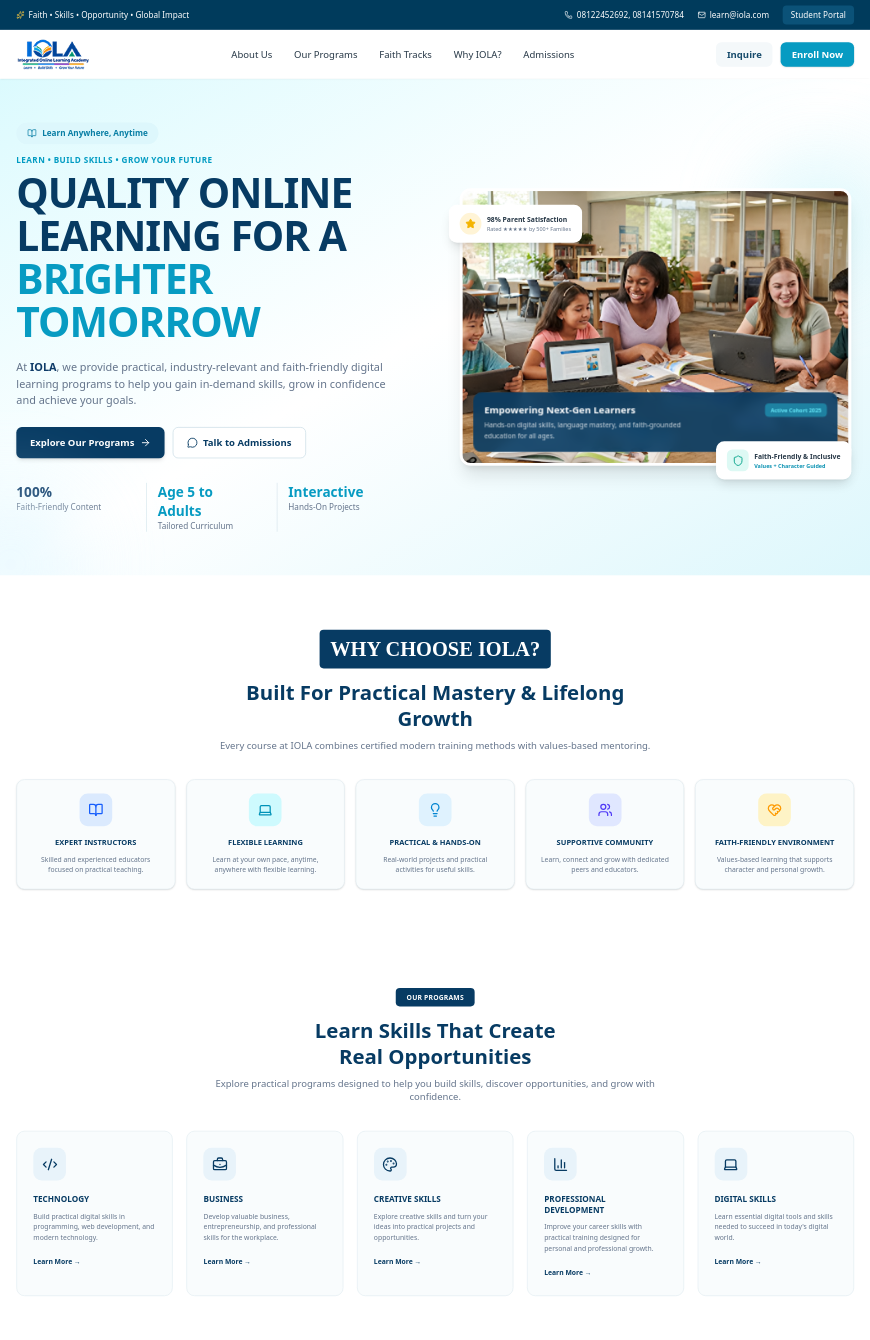
Repository: segunrotini/iola
Page: /
The author's editor kept a copy of each file at every save. The page is drawn from the files as they stood at one save, then again after the next save.
The browser window is 1280 px wide. The pictures show the whole page, at 68% of full size.
The project was rebuilt for these pictures with package versions that can differ from the ones it lists, and the page was loaded fresh each time. Also part of the build but not shown: vite.config.ts.

Above is the page before, as saved 2026-09-29 15:21:24.

### index.html
<!doctype html>
<html lang="en">
  <head>
    <meta charset="UTF-8" />
    <link rel="icon" type="image/svg+xml" href="/favicon.svg" />
    <meta name="viewport" content="width=device-width, initial-scale=1.0" />
    <title>integrated-online-learning-academy</title>
  </head>
  <body>
    <div id="root"></div>
    <script type="module" src="/src/main.tsx"></script>
  </body>
</html>

### src/index.css
@import "tailwindcss";
@import url('https://fonts.googleapis.com/css2?family=Inter:wght@400;500;600;700;800&family=Montserrat:wght@400;500;600;700;800&display=swap');

### src/App.tsx


import Homepage from "./components/pages/public/Hompage";
function App() {
  return (
    <Homepage />
  )
}

export default App

### src/components/pages/public/Hompage.tsx
import Topbar from "../../home/topbar"
import Nav from "../../home/Nav"
import HeroSection from "../../home/Hero-section"
import WhyChooseUs from "../../home/WhyChooseUs"
import Programs from "../../home/Programs"
function Homepage() {
  return (
    <>


      <Topbar/>
      <Nav/>
      <HeroSection/>
      <WhyChooseUs/>
      <Programs/>
    </>
  )
}
export default Homepage

### src/components/home/topbar.tsx
import { Mail, Phone, Sparkles } from "lucide-react";

const TopBar = () => {
  return (
    <div className="bg-[#003B5C] text-white">
      <div className="mx-auto flex max-w-7xl flex-col gap-2 px-4 py-2 text-[10px] sm:flex-row sm:items-center sm:justify-between sm:px-6 sm:text-xs">
        <div className="flex items-center gap-1.5">
          <Sparkles size={12} className="text-[#F4C542]" />
          <span>Faith • Skills • Opportunity • Global Impact</span>
        </div>

        <div className="flex flex-col items-start gap-2 sm:flex-row sm:items-center sm:gap-5">
          <a
            href="tel:+2348122452692"
            className="flex items-center gap-1.5 transition hover:text-[#5DE1E6]"
          >
            <Phone size={12} />
            <span>08122452692, 08141570784</span>
          </a>

          <a
            href="mailto:learn@iola.com"
            className="flex items-center gap-1.5 transition hover:text-[#5DE1E6]"
          >
            <Mail size={12} />
            <span>learn@iola.com</span>
          </a>

          <a
            href="#student-portal"
            className="rounded-md bg-[#0B5278] px-3 py-1.5 font-medium transition hover:bg-[#08658F]"
          >
            Student Portal
          </a>
        </div>
      </div>
    </div>
  );
};

export default TopBar;

### src/components/home/Nav.tsx
import { Menu, X } from "lucide-react";
import { useState } from "react";
import logo from "../../assets/logo.png";

const Navbar = () => {
  const [isOpen, setIsOpen] = useState(false);

  return (
    <nav className="relative bg-white shadow-sm">
      <div className="mx-auto flex max-w-7xl items-center justify-between px-4 py-3 sm:px-6">
        <a href="/" className="flex items-center">
          <img

            src={logo}
            alt="logo"
            className="h-12 w-auto object-contain"
          />
        </a>

        <div className="hidden items-center gap-8 lg:flex">
          <a
            href="#about"
            className="text-sm font-medium text-[#263746] transition hover:text-[#008DB2]"
          >
            About Us
          </a>

          <a
            href="#programs"
            className="text-sm font-medium text-[#263746] transition hover:text-[#008DB2]"
          >
            Our Programs
          </a>

          <a
            href="#faith-tracks"
            className="text-sm font-medium text-[#263746] transition hover:text-[#008DB2]"
          >
            Faith Tracks
          </a>

          <a
            href="#why-iola"
            className="text-sm font-medium text-[#263746] transition hover:text-[#008DB2]"
          >
            Why IOLA?
          </a>

          <a
            href="#admissions"
            className="text-sm font-medium text-[#263746] transition hover:text-[#008DB2]"
          >
            Admissions
          </a>
        </div>

        <div className="hidden items-center gap-3 lg:flex">
          <a
            href="#inquire"
            className="rounded-lg bg-[#F4F8FA] px-4 py-2 text-sm font-semibold text-[#164A6B] transition hover:bg-[#E8F1F5]"
          >
            Inquire
          </a>

          <a
            href="#enroll"
            className="rounded-lg bg-[#079BC2] px-4 py-2 text-sm font-semibold text-white shadow-sm transition hover:bg-[#0789AB]"
          >
            Enroll Now
          </a>
        </div>

        <button
          type="button"
          onClick={() => setIsOpen(!isOpen)}
          className="rounded-lg p-2 text-[#003B5C] lg:hidden"
          aria-label="Toggle navigation"
        >
          {isOpen ? <X size={24} /> : <Menu size={24} />}
        </button>
      </div>

      {isOpen && (
        <div className="border-t border-gray-100 bg-white px-4 pb-5 pt-3 lg:hidden">
          <div className="flex flex-col gap-1">
            <a
              href="#about"
              onClick={() => setIsOpen(false)}
              className="rounded-lg px-3 py-3 text-sm font-medium text-[#263746] hover:bg-[#F4F8FA]"
            >
              About Us
            </a>

            <a
              href="#programs"
              onClick={() => setIsOpen(false)}
              className="rounded-lg px-3 py-3 text-sm font-medium text-[#263746] hover:bg-[#F4F8FA]"
            >
              Our Programs
            </a>

            <a
              href="#faith-tracks"
              onClick={() => setIsOpen(false)}
              className="rounded-lg px-3 py-3 text-sm font-medium text-[#263746] hover:bg-[#F4F8FA]"
            >
              Faith Tracks
            </a>

            <a
              href="#why-iola"
              onClick={() => setIsOpen(false)}
              className="rounded-lg px-3 py-3 text-sm font-medium text-[#263746] hover:bg-[#F4F8FA]"
            >
              Why IOLA?
            </a>

            <a
              href="#admissions"
              onClick={() => setIsOpen(false)}
              className="rounded-lg px-3 py-3 text-sm font-medium text-[#263746] hover:bg-[#F4F8FA]"
            >
              Admissions
            </a>

            <div className="mt-2 flex gap-3 border-t border-gray-100 pt-4">
              <a
                href="#inquire"
                className="flex-1 rounded-lg bg-[#F4F8FA] px-4 py-2.5 text-center text-sm font-semibold text-[#164A6B]"
              >
                Inquire
              </a>

              <a
                href="#enroll"
                className="flex-1 rounded-lg bg-[#079BC2] px-4 py-2.5 text-center text-sm font-semibold text-white"
              >
                Enroll Now
              </a>
            </div>
          </div>
        </div>
      )}
    </nav>
  );
};

export default Navbar;

### src/components/home/Hero-section.tsx
import {
    ArrowRight,
    BookOpen,
    Shield,
    MessageCircle,
    Star,
} from "lucide-react";
import student from "../../assets/student.png";

const Hero = () => {
    return (
        <section className="relative overflow-hidden bg-gradient-to-br from-[#A5F3FC66] via-white to-[#DDF7FC]">
            <div className="mx-auto max-w-7xl px-4 py-12 sm:px-6 lg:py-16">
                <div className="grid items-center gap-10 lg:grid-cols-2 lg:gap-16">
                    <div>
                        <div className="mb-4 inline-flex items-center gap-2 rounded-full bg-[#DDF7FC] px-4 py-2 text-xs font-semibold text-[#087EA4]">
                            <BookOpen size={14} />
                            Learn Anywhere, Anytime
                        </div>

                        <p className="mb-2 text-xs font-bold uppercase tracking-wider text-[#009BC2]">
                            Learn • Build Skills • Grow Your Future
                        </p>

                        <h1 className="max-w-2xl text-4xl font-extrabold leading-[1.05] tracking-tight text-[#073B63] sm:text-5xl lg:text-6xl">
                            QUALITY ONLINE
                            <br />
                            LEARNING FOR A
                            <br />
                            <span className="text-[#079BC2]">BRIGHTER</span>
                            <br />
                            <span className="text-[#079BC2]">TOMORROW</span>
                        </h1>

                        <p className="mt-6 max-w-xl text-sm leading-6 text-[#64748B] sm:text-base">
                            At <span className="font-bold text-[#0E3B68]">IOLA</span>, we provide practical, industry-relevant and
                            faith-friendly digital learning programs to help you gain
                            in-demand skills, grow in confidence and achieve your goals.
                        </p>

                        <div className="mt-7 flex flex-wrap gap-3">
                            <a
                                href="#programs"
                                className="inline-flex items-center gap-2 rounded-lg bg-[#073B63] px-5 py-3 text-sm font-semibold text-white shadow-md transition hover:bg-[#052E4E]"
                            >
                                Explore Our Programs
                                <ArrowRight size={16} />
                            </a>

                            <a
                                href="#admissions"
                                className="inline-flex items-center gap-2 rounded-lg border border-[#C9DCE5] bg-white px-5 py-3 text-sm font-semibold text-[#073B63] transition hover:bg-[#F5FAFC]"
                            >
                                <MessageCircle size={16} />
                                Talk to Admissions
                            </a>
                        </div>

                        <div className="mt-9 grid max-w-xl grid-cols-3 divide-x divide-[#D8E7ED]">
                            <div className="pr-4">
                                <p className="text-xl font-extrabold text-[#0E3B68]">100%</p>
                                <p className="text-[10px] font-medium text-[#64748B] sm:text-xs">
                                    Faith-Friendly Content
                                </p>
                            </div>

                            <div className="px-4">
                                <p className="text-xl font-extrabold text-[#079BC2]">
                                    Age 5 to <br />
                                    Adults
                                </p>
                                <p className="text-[10px] font-medium text-[#64748B] sm:text-xs">
                                    Tailored Curriculum
                                </p>
                            </div>

                            <div className="pl-4">
                                <p className="text-xl font-extrabold text-[#079BC2]">
                                    Interactive
                                </p>
                                <p className="text-[10px] font-medium text-[#64748B] sm:text-xs">
                                    Hands-On Projects
                                </p>
                            </div>
                        </div>
                    </div>

                    <div className="relative mx-auto w-full max-w-xl">
                        <div className="absolute -right-8 -top-8 h-40 w-40 rounded-full bg-[#BDF3FA] opacity-60 blur-3xl" />

                        <div className="relative">
                            <div className="absolute -left-4 top-6 z-10 rounded-xl bg-white px-4 py-3 shadow-lg">
                                <div className="flex items-center gap-2">
                                    <div className="flex h-8 w-8 items-center justify-center rounded-full bg-[#FFF4D6]">
                                        <Star size={16} className="fill-[#F4B400] text-[#F4B400]" />
                                    </div>

                                    <div>
                                        <p className="text-[10px] font-bold text-[#263746]">
                                            98% Parent Satisfaction
                                        </p>
                                        <p className="text-[8px] text-[#64748B]">
                                            Rated ★★★★★ by 500+ Families
                                        </p>
                                    </div>
                                </div>
                            </div>

                            <div className="overflow-hidden rounded-2xl border-4 border-white bg-white shadow-xl">
                                <img
                                    src={student}
                                    alt="student"
                                    className="h-[330px] w-full object-cover sm:h-[400px]"
                                />

                                <div className="absolute bottom-5 left-5 right-5 rounded-xl bg-[#073B63]/90 p-4 text-white backdrop-blur-sm">
                                    <div className="flex items-start justify-between gap-4">
                                        <div>
                                            <p className="text-sm font-bold">
                                                Empowering Next-Gen Learners
                                            </p>

                                            <p className="mt-1 max-w-xs text-[10px] leading-4 text-white/80">
                                                Hands-on digital skills, language mastery, and faith-grounded
                                                education for all ages.
                                            </p>
                                        </div>

                                        <div className="shrink-0 rounded-md bg-[#22D3EE66] px-2 py-1 text-[8px] font-semibold text-[#67E8F9]">
                                            Active Cohort 2025
                                        </div>
                                    </div>
                                </div>
                            </div>

                            <div className="absolute -bottom-5 -right-3 flex items-center gap-2 rounded-xl bg-white px-4 py-3 shadow-lg sm:right-0">
                                <div className="flex h-8 w-8 items-center justify-center rounded-lg bg-[#DDF9F4]">
                                    <Shield size={17} className="text-[#0BA58D]" />
                                </div>

                                <div>
                                    <p className="text-[10px] font-bold text-[#263746]">
                                        Faith-Friendly & Inclusive
                                    </p>
                                    <p className="text-[8px] text-[#0891B2] font-bold">
                                        Values + Character Guided
                                    </p>
                                </div>
                            </div>
                        </div>
                    </div>
                </div>
            </div>

            <div className="absolute -bottom-20 -left-20 h-48 w-48 rounded-full bg-[#D8F5FF] opacity-60 blur-3xl" />
        </section>
    );
};

export default Hero;

### src/components/home/WhyChooseUs.tsx
import {
  BookOpen,
  HeartHandshake,
  Laptop,
  Lightbulb,
  Users,
} from "lucide-react";

const features = [
  {
    icon: BookOpen,
    title: "EXPERT INSTRUCTORS",
    description:
      "Skilled and experienced educators focused on practical teaching.",
    iconBg: "bg-blue-100",
    iconColor: "text-blue-600",
  },
  {
    icon: Laptop,
    title: "FLEXIBLE LEARNING",
    description:
      "Learn at your own pace, anytime, anywhere with flexible learning.",
    iconBg: "bg-cyan-100",
    iconColor: "text-cyan-600",
  },
  {
    icon: Lightbulb,
    title: "PRACTICAL & HANDS-ON",
    description:
      "Real-world projects and practical activities for useful skills.",
    iconBg: "bg-sky-100",
    iconColor: "text-sky-600",
  },
  {
    icon: Users,
    title: "SUPPORTIVE COMMUNITY",
    description:
      "Learn, connect and grow with dedicated peers and educators.",
    iconBg: "bg-indigo-100",
    iconColor: "text-indigo-600",
  },
  {
    icon: HeartHandshake,
    title: "FAITH-FRIENDLY ENVIRONMENT",
    description:
      "Values-based learning that supports character and personal growth.",
    iconBg: "bg-amber-100",
    iconColor: "text-amber-500",
  },
];

const WhyChooseUs = () => {
  return (
    <section  className="bg-white py-16 sm:py-20">
      <div className="mx-auto max-w-7xl px-4 sm:px-6">
        <div className="mx-auto max-w-2xl text-center">
          <span className="inline-flex items-center rounded-md bg-[#073B63] px-4 py-1.5 text-[30px] font-bold text-white font-[Montserrat]">
            WHY CHOOSE IOLA?
          </span>

          <h2 className="mt-4 text-2xl font-extrabold leading-tight text-[#073B63] sm:text-3xl">
            Built For Practical Mastery & Lifelong
            <br className="hidden sm:block" />
            Growth
          </h2>

          <p className="mt-3 text-xs leading-5 text-[#64748B] sm:text-sm">
            Every course at IOLA combines certified modern training methods
            with values-based mentoring.
          </p>
        </div>

        <div className="mt-10 grid gap-4 sm:grid-cols-2 lg:grid-cols-5">
          {features.map((feature) => {
            const Icon = feature.icon;

            return (
              <div
                key={feature.title}
                className="rounded-xl border border-[#E4EDF2] bg-[#F9FCFD] p-5 text-center shadow-sm transition duration-300 hover:-translate-y-1 hover:shadow-md"
              >
                <div
                  className={`mx-auto flex h-12 w-12 items-center justify-center rounded-xl ${feature.iconBg}`}
                >
                  <Icon size={22} className={feature.iconColor} />
                </div>

                <h3 className="mt-4 text-[11px] font-extrabold leading-4 text-[#073B63]">
                  {feature.title}
                </h3>

                <p className="mt-2 text-[10px] leading-4 text-[#64748B]">
                  {feature.description}
                </p>
              </div>
            );
          })}
        </div>
      </div>
    </section>
  );
};

export default WhyChooseUs;

### src/components/home/Programs.tsx

import {
  Code2,
  BriefcaseBusiness,
  Palette,
  BarChart3,
  Laptop,
} from "lucide-react";

const programs = [
  {
    icon: Code2,
    title: "TECHNOLOGY",
    description:
      "Build practical digital skills in programming, web development, and modern technology.",
  },
  {
    icon: BriefcaseBusiness,
    title: "BUSINESS",
    description:
      "Develop valuable business, entrepreneurship, and professional skills for the workplace.",
  },
  {
    icon: Palette,
    title: "CREATIVE SKILLS",
    description:
      "Explore creative skills and turn your ideas into practical projects and opportunities.",
  },
  {
    icon: BarChart3,
    title: "PROFESSIONAL DEVELOPMENT",
    description:
      "Improve your career skills with practical training designed for personal and professional growth.",
  },
  {
    icon: Laptop,
    title: "DIGITAL SKILLS",
    description:
      "Learn essential digital tools and skills needed to succeed in today's digital world.",
  },
];

const Programs = () => {
  return (
    <section className="bg-white py-16">
      <div className="mx-auto max-w-7xl px-4 sm:px-6">
        <div className="mx-auto max-w-2xl text-center">
          <span className="inline-flex items-center rounded-md bg-[#073B63] px-4 py-1.5 text-[10px] font-bold uppercase tracking-wide text-white">
            Our Programs
          </span>

          <h2 className="mt-4 text-2xl font-extrabold leading-tight text-[#073B63] sm:text-3xl">
            Learn Skills That Create
            <br className="hidden sm:block" />
            Real Opportunities
          </h2>

          <p className="mt-3 text-xs leading-5 text-[#64748B] sm:text-sm">
            Explore practical programs designed to help you build skills,
            discover opportunities, and grow with confidence.
          </p>
        </div>

        <div className="mt-10 grid gap-5 sm:grid-cols-2 lg:grid-cols-5">
          {programs.map((program) => {
            const Icon = program.icon;

            return (
              <div
                key={program.title}
                className="group rounded-xl border border-[#E4EDF2] bg-[#F9FCFD] p-6 transition duration-300 hover:-translate-y-1 hover:shadow-lg"
              >
                <div className="flex h-12 w-12 items-center justify-center rounded-xl bg-[#E8F3FA]">
                  <Icon
                    size={23}
                    className="text-[#073B63] transition duration-300 group-hover:scale-110"
                  />
                </div>

                <h3 className="mt-5 text-xs font-extrabold leading-4 text-[#073B63]">
                  {program.title}
                </h3>

                <p className="mt-2 text-[10px] leading-4 text-[#64748B]">
                  {program.description}
                </p>

                <button className="mt-5 text-[10px] font-bold text-[#073B63] transition hover:text-[#0B6EA8]">
                  Learn More →
                </button>
              </div>
            );
          })}
        </div>
      </div>
    </section>
  );
};

export default Programs;

Loaded but not shown: src/main.tsx (common file)

After the next save:
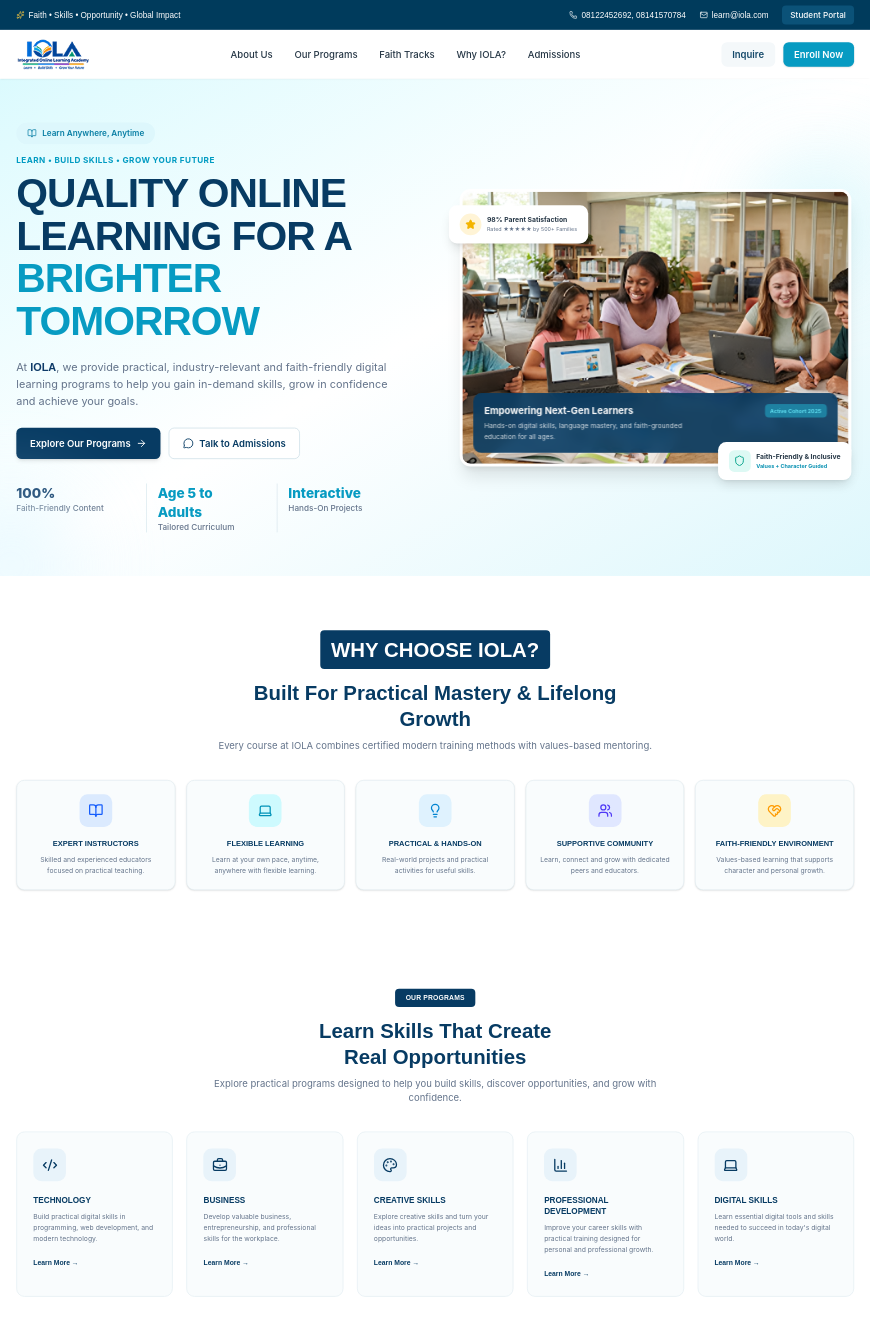
Saved 85 min 14 s later.
--- a/src/index.css
+++ b/src/index.css
@@ -1,2 +1,21 @@
 @import "tailwindcss";
 @import url('https://fonts.googleapis.com/css2?family=Inter:wght@400;500;600;700;800&family=Montserrat:wght@400;500;600;700;800&display=swap');
+
+:root {
+  font-family: "Inter", sans-serif;
+}
+
+body {
+  font-family: "Inter", sans-serif;
+}
+
+h1,
+h2,
+h3,
+h4,
+h5,
+h6,
+button,
+span {
+  font-family: "Montserrat", sans-serif;
+}
--- a/src/components/home/WhyChooseUs.tsx
+++ b/src/components/home/WhyChooseUs.tsx
@@ -54,7 +54,7 @@
     <section  className="bg-white py-16 sm:py-20">
       <div className="mx-auto max-w-7xl px-4 sm:px-6">
         <div className="mx-auto max-w-2xl text-center">
-          <span className="inline-flex items-center rounded-md bg-[#073B63] px-4 py-1.5 text-[30px] font-bold text-white font-[Montserrat]">
+          <span className="inline-flex items-center rounded-md bg-[#073B63] px-4 py-1.5 text-[30px] font-bold text-white">
             WHY CHOOSE IOLA?
           </span>
 
